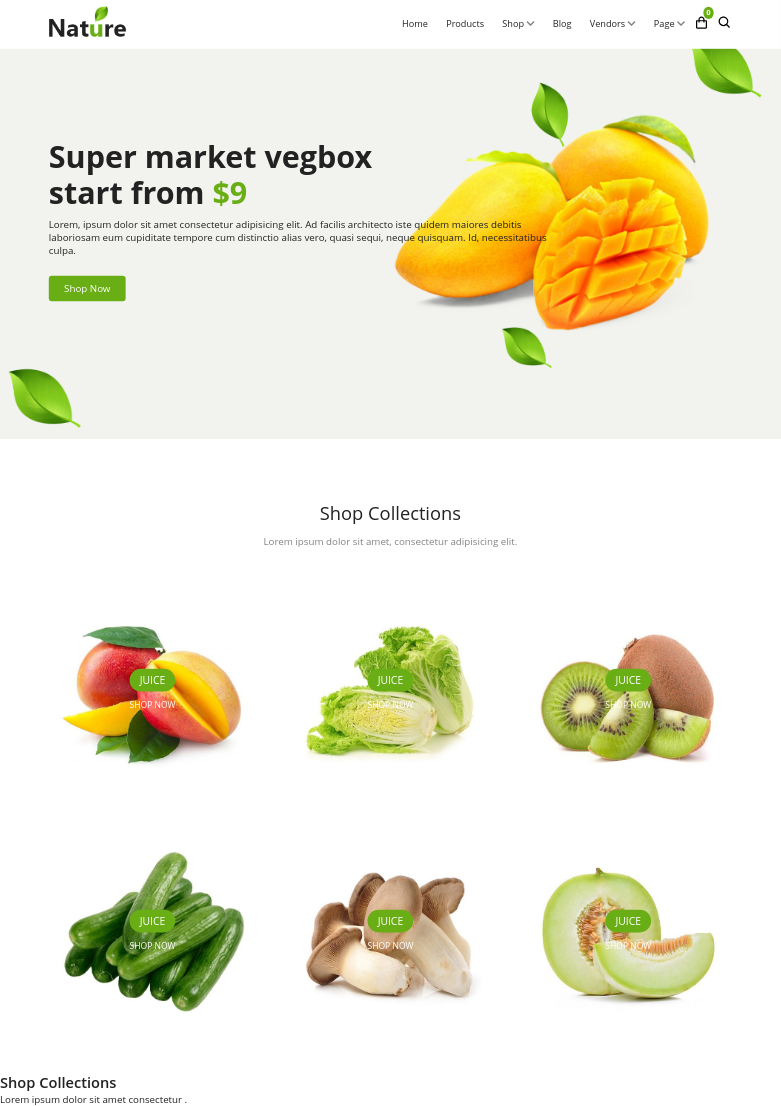
Repository: hoanggiainfomation/hoanggiainfomation.github.io
Page: index.html
These files come from the project's save history. The page is drawn as it stood at one moment and after the next save; the edit follows.
The browser window is 1280 px wide. The pictures show the whole page, at 61% of full size.
Some web libraries are served in a nearby version.

Above is the page before, as saved 2021-08-17 20:35:59.

### index.html
<!DOCTYPE html>
<html lang="en">
  <head>
    <meta charset="UTF-8" />
    <meta name="viewport" content="width=device-width, initial-scale=1.0" />
    <!-- Favicon -->
    <link rel="shortcut icon" href="./images/favicon.png" type="image/png" />
    <!-- Font Awesome -->
    <link
      rel="stylesheet"
      href="https://cdnjs.cloudflare.com/ajax/libs/font-awesome/5.15.1/css/all.min.css"
    />
    <!-- ======== Swiper Js ======= -->
    <link
      rel="stylesheet"
      href="https://cdnjs.cloudflare.com/ajax/libs/Swiper/6.7.5/swiper-bundle.min.css"
    />

    <!-- Boxicons -->
    <link
      href="https://unpkg.com/boxicons@2.0.8/css/boxicons.min.css"
      rel="stylesheet"
    />
    <!-- Custom StyleSheet -->
    <link rel="stylesheet" href="./styles.css" />
    <title>Codevo - Ecommerce Website</title>
  </head>
  <body>
    <!-- Navigation -->
    <nav class="nav">
      <div class="wrapper container">
        <div class="logo">
          <a href="">
            <img src="./images/logo.png" alt="" />
          </a>
        </div>
        <ul class="nav-list show">
          <div class="top">
            <label for="" class="btn close-btn"
              ><i class="fas fa-times"></i
            ></label>
          </div>
          <li><a href="index.html">Home</a></li>
          <li><a href="products.html">Products</a></li>
          <li>
            <a href="" class="desktop-item"
              >Shop <span><i class="fas fa-chevron-down"></i></span
            ></a>
            <input type="checkbox" id="showMega" />
            <label for="showMega" class="mobile-item"
              >Shop <span><i class="fas fa-chevron-down"></i></span
            ></label>
            <div class="mega-box">
              <div class="content">
                <div class="row">
                  <img src="./images/nav.png" alt="" />
                </div>
                <div class="row">
                  <header>Shop Layout</header>
                  <ul class="mega-links">
                    <li><a href="#">Shop With Background</a></li>
                    <li><a href="#">Shop Mini Categories</a></li>
                    <li><a href="#">Shop Only Categories</a></li>
                    <li><a href="#">Shop Icon Categories</a></li>
                  </ul>
                </div>
                <div class="row">
                  <header>Filter Layout</header>
                  <ul class="mega-links">
                    <li><a href="#">Sidebar</a></li>
                    <li><a href="#">Filter Default</a></li>
                    <li><a href="#">Filter Drawer</a></li>
                    <li><a href="#">Filter Dropdown</a></li>
                  </ul>
                </div>
                <div class="row">
                  <header>Product Layout</header>
                  <ul class="mega-links">
                    <li><a href="#">Layout Zoom</a></li>
                    <li><a href="#">Layout Sticky</a></li>
                    <li><a href="#">Layout Sticky 2</a></li>
                    <li><a href="#">Layout Scroll</a></li>
                  </ul>
                </div>
              </div>
            </div>
          </li>
          <li><a href="">Blog</a></li>
          <li>
            <a href="" class="desktop-item"
              >Vendors <span><i class="fas fa-chevron-down"></i></span
            ></a>
            <input type="checkbox" id="showdrop1" />
            <label for="showdrop1" class="mobile-item"
              >Vendors <span><i class="fas fa-chevron-down"></i></span
            ></label>
            <ul class="drop-menu1">
              <li><a href="">Vendor Store listings</a></li>
              <li><a href="">Store Details</a></li>
            </ul>
          </li>

          <li>
            <a href="" class="desktop-item"
              >Page <span><i class="fas fa-chevron-down"></i></span
            ></a>
            <input type="checkbox" id="showdrop2" />
            <label for="showdrop2" class="mobile-item"
              >Page <span><i class="fas fa-chevron-down"></i></span
            ></label>
            <ul class="drop-menu2">
              <li><a href="">About</a></li>
              <li><a href="">Contact</a></li>
              <li><a href="">Faq</a></li>
              <li><a href="">Page 404</a></li>
            </ul>
          </li>
          <!-- icons -->
          <li class="icons">
            <a href="cart.html">
              <span>
                <img src="./images/shoppingBag.svg" alt="" />
                <small class="count d-flex">0</small>
              </span>
            </a>
            <span><img src="./images/search.svg" alt="" /></span>
          </li>
        </ul>
        <label for="" class="btn open-btn"><i class="fas fa-bars"></i></label>
      </div>
    </nav>
    <!-- Hero -->
    <div class="hero">
      <div class="row">
        <!-- Swiper -->
        <div class="swiper-container slider-1">
          <div class="swiper-wrapper">
            <div class="swiper-slide">
              <img src="./images/hero-1.png" alt="" />
              <div class="content">
                <h1>
                  Super market vegbox
                  <br />
                  start from
                  <span>$9</span>
                </h1>
                <p>
                  Lorem, ipsum dolor sit amet consectetur adipisicing elit. Ad
                  facilis architecto iste quidem maiores debitis laboriosam eum
                  cupiditate tempore cum distinctio alias vero, quasi sequi,
                  neque quisquam. Id, necessitatibus culpa.
                </p>
                <a href="">Shop Now</a>
              </div>
            </div>
            <div class="swiper-slide">
              <img src="./images/hero-2.png" alt="" />
              <div class="content">
                <h1>
                  You first Order
                  <br />
                  start from
                  <span>20% off</span>
                  at Juice
                </h1>
                <p>
                  Lorem, ipsum dolor sit amet consectetur adipisicing elit. Ad
                  facilis architecto iste quidem maiores debitis laboriosam eum
                  cupiditate tempore cum distinctio alias vero, quasi sequi,
                  neque quisquam. Id, necessitatibus culpa.
                </p>
                <a href="">Shop Now</a>
              </div>
            </div>
            <div class="swiper-slide">
              <img src="./images/hero-3.png" alt="" />
              <div class="content">
                <h1>
                  Super market vegbox
                  <br />
                  start from
                  <span>$9</span>
                </h1>
                <p>
                  Lorem, ipsum dolor sit amet consectetur adipisicing elit. Ad
                  facilis architecto iste quidem maiores debitis laboriosam eum
                  cupiditate tempore cum distinctio alias vero, quasi sequi,
                  neque quisquam. Id, necessitatibus culpa.
                </p>
                <a href="">Shop Now</a>
              </div>
            </div>
          </div>
          <!-- <div class="swiper-button-next"></div>
        <div class="swiper-button-prev"></div> -->
        </div>
      </div>
      <!-- Carousel Navigation -->
      <div class="arrows d-flex">
        <div class="swiper-prev d-flex">
          <i class="bx bx-chevrons-left swiper-icon"></i>
        </div>
        <div class="swiper-next d-flex">
          <i class="bx bx-chevrons-right swiper-icon"></i>
        </div>
      </div>
    </div>
    <!-- Collertions -->
    <section class="section collection">
      <div class="title">
        <h2>Shop Collections</h2>
        <span>Lorem ipsum dolor sit amet, consectetur adipisicing elit.</span>
      </div>
      <div class="collection-layout container">
        <div class="collection-item">
          <img src="./images/product-1.jpg" alt="" />
          <div class="collection-content">
            <h3>JUICE</h3>
            <a href="">SHOP NOW</a>
          </div>
        </div>
        <div class="collection-item">
          <img src="./images/product-2.jpg" alt="" />
          <div class="collection-content">
            <h3>JUICE</h3>
            <a href="">SHOP NOW</a>
          </div>
        </div>
        <div class="collection-item">
          <img src="./images/product-3.jpg" alt="" />
          <div class="collection-content">
            <h3>JUICE</h3>
            <a href="">SHOP NOW</a>
          </div>
        </div>
        <div class="collection-item">
          <img src="./images/product-4.jpg" alt="" />
          <div class="collection-content">
            <h3>JUICE</h3>
            <a href="">SHOP NOW</a>
          </div>
        </div>
        <div class="collection-item">
          <img src="./images/product-5.jpg" alt="" />
          <div class="collection-content">
            <h3>JUICE</h3>
            <a href="">SHOP NOW</a>
          </div>
        </div>
        <div class="collection-item">
          <img src="./images/product-6.jpg" alt="" />
          <div class="collection-content">
            <h3>JUICE</h3>
            <a href="">SHOP NOW</a>
          </div>
        </div>
      </div>
    </section>
    <!-- Featured Section -->
    <div class="section featured">
      <div class="title">
        <h2>Shop Collections</h2>
        <span>Lorem ipsum dolor sit amet consectetur .</span>
      </div>
    </div>
    <!-- ======== SwiperJS ======= -->
    <script src="https://cdnjs.cloudflare.com/ajax/libs/Swiper/6.7.5/swiper-bundle.min.js"></script>
    <!-- Custom Scripts -->
    <script src="./js/slider.js"></script>
    <script src="./js/index.js"></script>
  </body>
</html>

### styles.css
:root {
  --primary: #69ae14;
  --white: #fff;
  --black: #222;
  --grey1: #3a3b3c;
  --grey2: #828282;
}

*,
*::before,
*::after {
  margin: 0;
  padding: 0;
  box-sizing: inherit;
}

@import url("https://fonts.googleapis.com/css2?family=Open+Sans:wght@400;600;700&display=swap");

html {
  box-sizing: border-box;
  font-size: 62.5%;
}

body {
  font-family: "Open Sans", sans-serif;
  font-size: 1.6rem;
  background-color: var(--white);
  color: var(--black);
  font-weight: 400;
}

h1,
h2,
h3,
h4,
h5 {
  font-weight: 600;
}

a {
  text-decoration: none;
  color: inherit;
}

li {
  list-style: none;
}

.container {
  max-width: 114rem;
  margin: 0 auto;
}

@media (max-width: 1200px) {
  .container {
    padding: 0 3rem;
  }
}

@media (max-width: 768px) {
  .container {
    max-width: 60rem;
  }
}

.d-flex {
  display: flex;
  align-items: center;
}

nav {
  position: fixed;
  top: 0;
  left: 0;
  width: 100%;
  z-index: 999;
  background-color: var(--white);
  height: 8rem;
  line-height: 8rem;
}

.nav.fix-nav {
  width: 100%;
  box-shadow: 0 5px 15px rgba(0, 0, 0, 0.3);
  z-index: 999;
}

nav .wrapper {
  display: flex;
  align-items: center;
  justify-content: space-between;
  position: relative;
  height: 100%;
}

.wrapper .logo {
  height: 100%;
}

.wrapper .logo a {
  display: flex;
  align-items: center;
  justify-content: center;
  height: 100%;
}

.wrapper .nav-list {
  display: inline-flex;
}

.nav-list li i {
  color: var(--grey2);
}
/* .nav-list li i::after {
  content: "";
  position: absolute;
  top: 0;
  right: 0;
  width: 10px;
  height: 10px;
} */

.nav-list a {
  color: var(--black);
  font-size: 1.5rem;
  padding: 0.9rem 1.5rem;
  border-radius: 0.5rem;
  transition: all 300ms ease;
}

.nav-list li a:hover {
  color: var(--primary);
}

.nav-list .drop-menu1,
.nav-list .drop-menu2 {
  box-shadow: 0 0 2px rgba(0, 0, 0, 0.1);
  width: 20rem;
  top: 8.5rem;
  line-height: 4.5rem;
  position: absolute;
  background-color: var(--white);
  opacity: 0;
  visibility: hidden;
  transition: all 300ms ease;
}

.nav-list .drop-menu1 li a,
.nav-list .drop-menu2 li a {
  display: block;
  font-size: 1.5rem;
  width: 100%;
  padding: 0 0 0 1.5rem;
  border-radius: 0;
  color: var(--grey2);
}

.nav-list .drop-menu1 li a:hover,
.nav-list .drop-menu2 li a:hover {
  color: var(--primary);
}

.nav-list li:hover .drop-menu1,
.nav-list li:hover .drop-menu2,
.nav-list li:hover .mega-box {
  opacity: 1;
  visibility: visible;
  top: 6.5rem;
}

.mega-box {
  box-shadow: 0 0 2px rgba(0, 0, 0, 0.1);
  position: absolute;
  top: 8.5rem;
  left: 0;
  width: 100%;
  padding: 0 3rem;
  background-color: var(--white);
  opacity: 0;
  visibility: hidden;
  transition: all 300ms ease;
}

.mega-box .content {
  padding: 2.5rem 2rem;
  display: flex;
  width: 100%;
  justify-content: space-between;
}

.mega-box .content .row {
  width: calc(25% - 3rem);
  line-height: 4.5rem;
}

.content .row img {
  width: 100%;
  height: 100%;
  object-fit: cover;
}

.content .row header {
  font-size: 1.6rem;
  font-weight: 700;
  color: var(--grey1);
}

.content .row .mega-links {
  border-left: 1px solid rgba(255, 255, 255, 0.09);
  margin-left: -4rem;
}

.content .row li {
  padding: 0 2rem;
}

.content .row li a {
  padding: 0 2rem;
  display: block;
  font-size: 1.5rem;
  color: var(--grey2);
}

.content .row li a:hover {
  color: var(--primary);
}

.nav-list .mobile-item {
  display: none;
}

.nav-list input {
  display: none;
}

.wrapper .btn {
  color: var(--white);
  font-size: 2rem;
  cursor: pointer;
  display: none;
}

.nav-list .icons span {
  display: inline-block;
  margin: 0.5rem 1rem 0 0;
  position: relative;
}

.nav-list .icons a {
  padding: 0;
  display: inline-block;
}

.nav-list .icons .count {
  justify-content: center;
  position: absolute;
  top: 0.8rem;
  right: -0.8rem;
  background-color: var(--primary);
  height: 2rem;
  padding: 0.5rem;
  color: var(--white);
  font-weight: 700;
  border-radius: 50%;
}

@media (max-width: 968px) {
  .wrapper .nav-list {
    position: fixed;
    top: 0;
    left: -100%;
    height: 100%;
    width: 100%;
    max-width: 35rem;
    background-color: var(--white);
    display: block;
    overflow-y: auto;
    line-height: 5rem;
    box-shadow: 0 1.5rem 1.5rem rgba(0, 0, 0, 0.1);
    transition: all 300ms linear;
  }

  .wrapper .nav-list.show {
    left: 0;
  }

  .nav-list li {
    margin: 1.5rem 1rem;
  }

  .nav-list a {
    display: block;
    font-size: 1.8rem;
    padding: 0 2rem;
    color: var(--black);
  }

  .nav-list .drop-menu1,
  .nav-list .drop-menu2 {
    position: static;
    opacity: 1;
    visibility: visible;
    top: 6.5rem;
    padding-left: 2rem;
    width: 100%;
    max-height: 0;
    overflow: hidden;
  }

  #showdrop1:checked ~ .drop-menu1,
  #showdrop2:checked ~ .drop-menu2,
  #showMega:checked ~ .mega-box {
    max-height: 100%;
  }

  .nav-list .drop-menu1 li,
  .nav-list .drop-menu2 li {
    margin: 0;
  }

  .nav-list .drop-menu1 li a,
  .nav-list .drop-menu2 li a {
    color: var(--grey2);
    font-size: 1.5rem;
  }

  .nav-list .desktop-item {
    display: none;
  }

  .nav-list .mobile-item {
    display: block;
    font-size: 1.8rem;
    padding-left: 2rem;
    color: var(--black);
    cursor: pointer;
    border-radius: 0.5rem;
  }

  .nav-list .mobile-item:hover {
    color: var(--primary);
  }

  .mega-box {
    position: static;
    top: 6.5rem;
    padding: 0 2rem;
    opacity: 1;
    visibility: visible;
    max-height: 0;
    overflow: hidden;
    transition: all 300ms ease;
  }

  .mega-box .content {
    flex-direction: column;
    padding: 2rem 2rem 0 2rem;
  }

  .mega-box .content .row {
    width: 100%;
    border-top: 1px solid rgba(255, 255, 255, 0.09);
    margin-bottom: 1.5rem;
  }

  .content .row:nth-child(1),
  .content .row:nth-child(2) {
    border-top: 0;
  }

  .content .row .mega-links {
    border-left: 0;
    padding-left: 2rem;
  }

  .row .mega-links li {
    margin: 0;
  }

  .wrapper .btn {
    display: block;
    color: var(--black);
  }

  .nav-list .top {
    position: relative;
    display: block;
    background-color: var(--primary);
    width: 100%;
    height: 8rem;
  }

  .nav-list .close-btn {
    position: absolute;
    top: 1.5rem;
    right: 2.5rem;
    color: var(--white);
  }

  .nav-list .icons {
    padding-left: 2rem;
  }
}
/* Hero */
.hero {
  height: 100vh;
  position: relative;
  overflow: hidden;
}

.swiper-container,
.hero .row {
  width: 100%;
  height: 100%;
}

.hero .row {
  position: relative;
}

.hero .row img {
  height: 100%;
  width: 100%;
  object-fit: cover;
}

.hero .row .content {
  position: absolute;
  top: 50%;
  left: 80px;
  transform: translateY(-50%);
}

.hero .row .content h1 {
  line-height: 1.2;
  font-size: 5rem;
  font-weight: 700;
}

.hero .row .content span {
  color: var(--primary);
}

.hero .row .content p {
  margin: 1rem 0 1rem;
  width: 70%;
}

.hero .row .content a {
  display: inline-block;
  color: var(--white);
  background-color: var(--primary);
  border-radius: 5px;
  padding: 1rem 2.5rem;
  margin-top: 2rem;
}

.swiper-slide-active .content h1 {
  animation: movebottom 1s ease-in-out;
}

.swiper-slide-active .content a {
  animation: movetop 1s ease-in-out;
}

.swiper-slide-active .content p {
  animation: moveleft 1s ease-in-out;
}
@keyframes movebottom {
  0% {
    transform: translateY(-100px);
    opacity: 0;
  }
  100% {
    transform: translateY(0px);
    opacity: 1;
  }
}
@keyframes movetop {
  0% {
    transform: translateY(-100px);
    opacity: 0;
  }
  100% {
    transform: translateY(0px);
    opacity: 1;
  }
}
@keyframes moveleft {
  0% {
    transform: translateX(-100px);
    opacity: 0;
  }
  100% {
    transform: translateX(0px);
    opacity: 1;
  }
}
.hero .arrows {
  position: absolute;
  top: 50%;
  transform: translateY(-50%);
  width: 100%;
  z-index: 10;
  visibility: hidden;
  transition: all 500ms ease-in-out;
}
.hero:hover .arrows {
  visibility: visible;
  opacity: 1;
}
.arrows .swiper-prev,
.arrows .swiper-next {
  position: absolute;
  padding: 0.5rem 0.7rem;
  background-color: var(--primary);
  border-radius: 5px;
  color: var(--white);
  cursor: pointer;
}
.arrows .swiper-prev {
  left: 20px;
}
.arrows .swiper-next {
  right: 20px;
}
@media screen and (max-width: 567px) {
  .hero .row .content {
    left: 20px;
  }
  .hero .row .content h1 {
    font-size: 3rem;
  }
  .hero .row .content p {
    width: 80%;
  }
}
/* Collection */
section {
  padding: 10rem 0 5rem 0;
  overflow: hidden;
}
section .title {
  text-align: center;
  margin-bottom: 5rem;
}
section .title h2 {
  font-size: 3rem;
  font-weight: 400;
  margin-bottom: 1.5rem;
}
section .title span {
  color: var(--grey2);
}
.collection-layout {
  display: grid;
  grid-template-columns: repeat(3, 1fr);
  gap: 3rem;
}
.collection-item {
  position: relative;
  overflow: hidden;
  z-index: 0;
}
.collection-item img {
  object-fit: cover;
  height: 100%;
  width: 100%;
  transition: all 500ms ease-in-out;
}
.collection-content {
  position: absolute;
  top: 50%;
  left: 50%;
  transform: translate(-50%, -50%);
  color: var(--white);
  text-align: center;
  z-index: 3;
}
.collection-content h3 {
  background-color: var(--primary);
  color: var(--white);
  border-radius: 5rem;
  padding: 0.7rem 1.4rem;
  font-size: 1.7rem;
  font-weight: inherit;
  margin-bottom: 1rem;
  transition: all 300ms ease-in-out;
}
.collection-content a {
  transition: all 300ms ease-in-out;
  font-size: 1.4rem;
}
.collection-content a:hover {
  color: var(--primary);
}
.collection-item:hover .collection-content h3 {
  background-color: var(--while);
  color: var(--white);
}
.collection-item:hover img {
  transform: scale(1.2);
}
.collection-item::after {
  content: "";
  position: absolute;
  top: 0;
  left: 0;
  z-index: 1;
  width: 100%;
  height: 100%;
  background-color: rgba(0, 0, 0, 0.4);
  opacity: 0;
  visibility: hidden;
  transition: all 500ms ease-in-out;
}
.collection-item:hover::after {
  visibility: visible;
  opacity: 1;
}
@media screen and (max-width: 1200px) {
  .collection-content h3 {
    font-size: 1.6rem;
  }
}
@media screen and (max-width: 996px) {
  .collection-layout {
    grid-template-columns: repeat(2, 1fr);
  }
}
@media screen and (max-width: 768px) {
  .collection-layout {
    grid-template-columns: repeat(1, 1fr);
  }
}

### js/slider.js
const swiper1 = new Swiper(".slider-1", {
  autuplay: {
    delay: 3500,
    disableOnInteraction: false,
  },
  grapbCursor: true,
  effect: "fade",
  loop: true,
  navigator: {
    nextEl: ".swiper-next",
    pervEl: ".swiper-prev",
  },
});

### js/index.js
const openNav = document.querySelector(".open-btn");
const closeNav = document.querySelector(".close-btn");
const menu = document.querySelector(".nav-list");

openNav.addEventListener("click", () => {
  menu.classList.add("show");
});
closeNav.addEventListener("click", () => {
  menu.classList.remove("show");
});

After the next save:
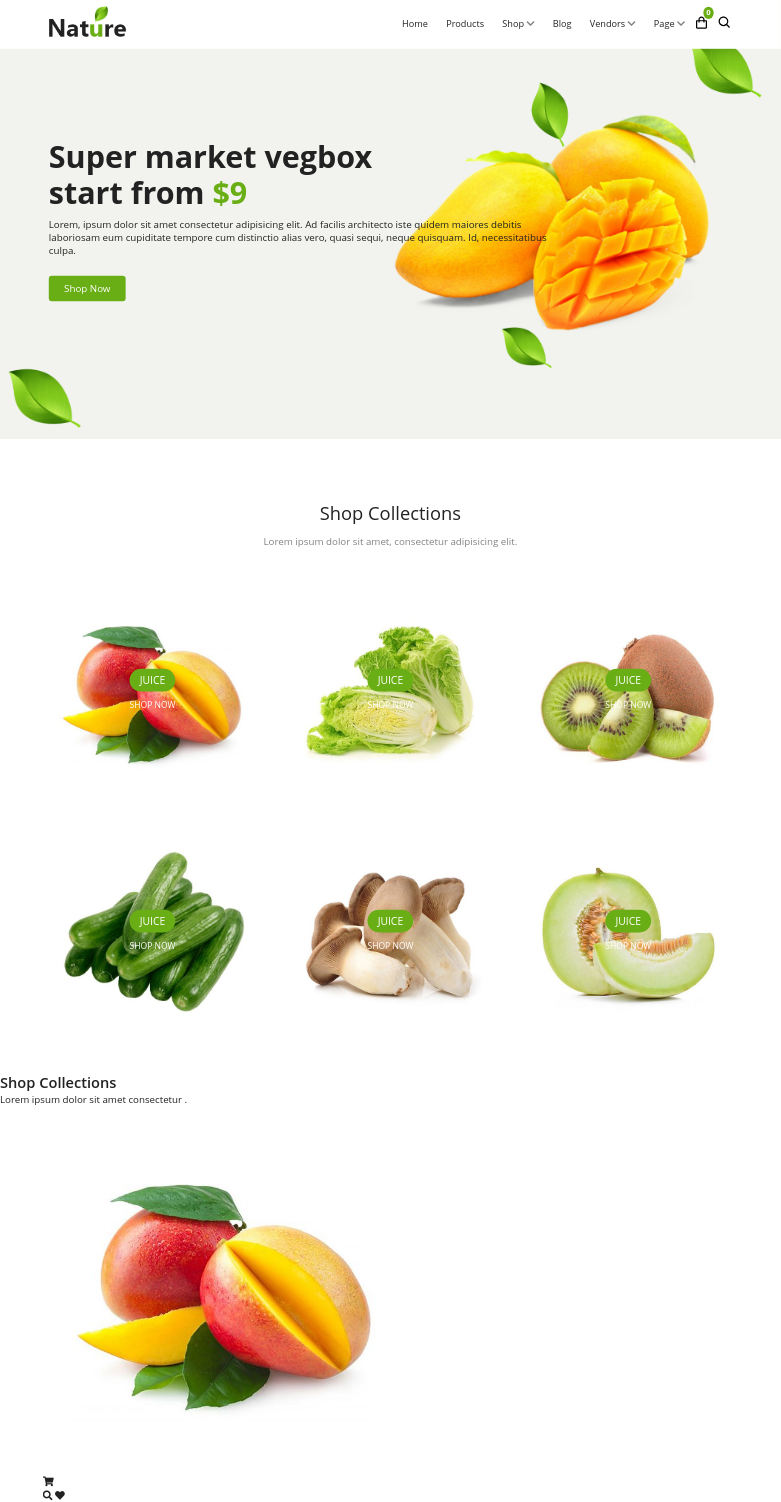
Saved 6 min 5 s later.
--- a/index.html
+++ b/index.html
@@ -263,6 +263,27 @@
         <span>Lorem ipsum dolor sit amet consectetur .</span>
       </div>
     </div>
+    <div class="row container">
+      <div class="swiper-container sliver-2">
+        <div class="swiper-wrapper">
+          <div class="swiper-slide">
+            <div class="product">
+              <div class="img-container">
+                <img src="./images/product-1.jpg" alt="" />
+                <div class="addCart">
+                  <i class="fas fa-shopping-cart"></i>
+                </div>
+                <ul class="side-icons">
+                  <span><i class="fas fa-search"></i></span>
+                  <span><i class="fas fa-heart"></i></span>
+                  <span><i class="fas fa-slisers-h"></i></span>
+                </ul>
+              </div>
+            </div>
+          </div>
+        </div>
+      </div>
+    </div>
     <!-- ======== SwiperJS ======= -->
     <script src="https://cdnjs.cloudflare.com/ajax/libs/Swiper/6.7.5/swiper-bundle.min.js"></script>
     <!-- Custom Scripts -->
